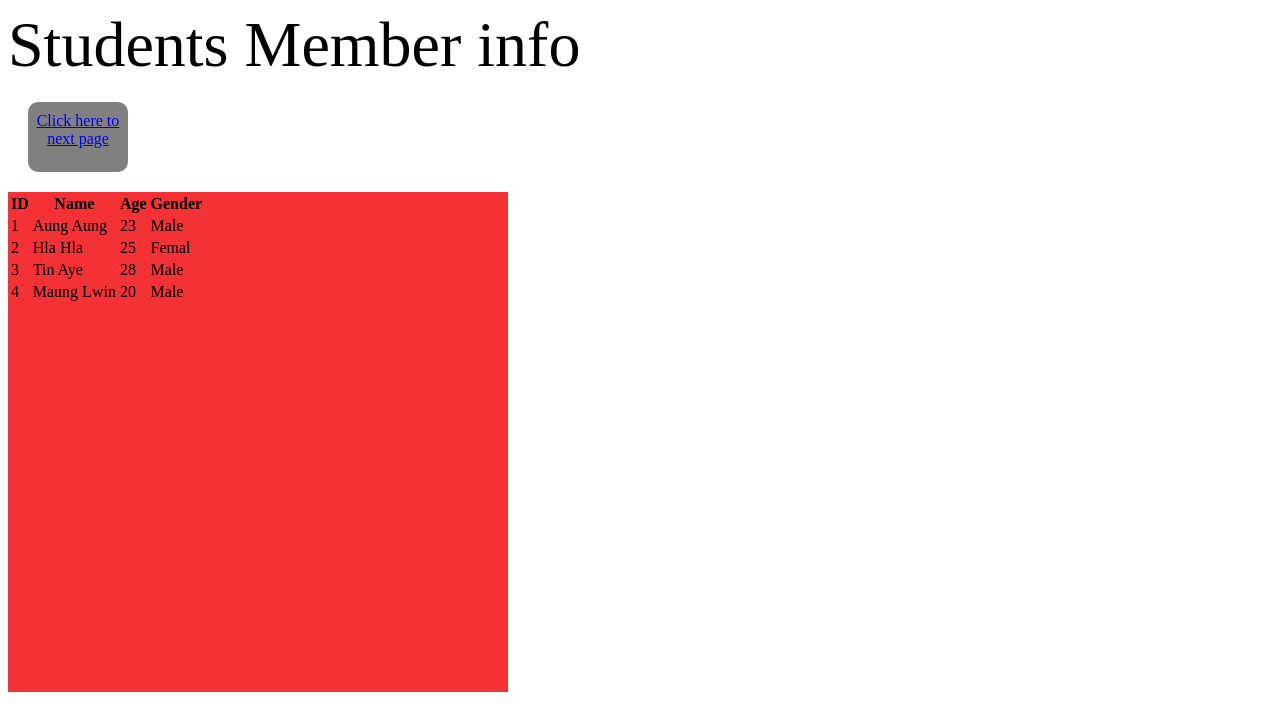
Repository: ThantLwinSoe/Servlet
Page: 01-Communication/src/main/webapp/index.html
These files come from the project's save history. The page is drawn as it stood at one moment and after the next save; the edit follows.
The browser window is 1280 px wide. The pictures show the whole page.

Above is the page before, as saved 2023-02-07 02:46:39.

### 01-Communication/src/main/webapp/index.html
<!DOCTYPE html>
<html>
<head>
<meta charset="UTF-8">
<style>
h {
	font-size: 4em;
}
.d_link {

	margin: 20px;
	padding-top: 10px;
	width: 100px;
	height: 60px;
	border-radius: 10px;
	background: gray;
	text-align: center;
}
.st_info {
	margin-top: 20px;
	width: 500px;
	height: 500px;
	background: #F43236;
}
</style>
<title>Servlet Communication</title>
</head>
<body>
	<h>Students Member info</h>
	<div class="d_link">
		<a href="hello">Click here to next page</a>
	</div>
	<div class="st_info">
		<table>
			<thead>
				<tr>
					<th>ID</th>
					<th>Name</th>
					<th>Age</th>
					<th>Gender</th>
				</tr>
			</thead>
			<tbody>
				<tr>
					<td>1</td>
					<td>Aung Aung</td>
					<td>23</td>
					<td>Male</td>
				</tr>
				<tr>
					<td>2</td>
					<td>Hla Hla</td>
					<td>25</td>
					<td>Femal</td>
				</tr>
				<tr>
					<td>3</td>
					<td>Tin Aye</td>
					<td>28</td>
					<td>Male</td>
				</tr>
				<tr>
					<td>4</td>
					<td>Maung Lwin</td>
					<td>20</td>
					<td>Male</td>
				</tr>
			</tbody>
		</table>
	</div>
</body>
</html>

After the next save:
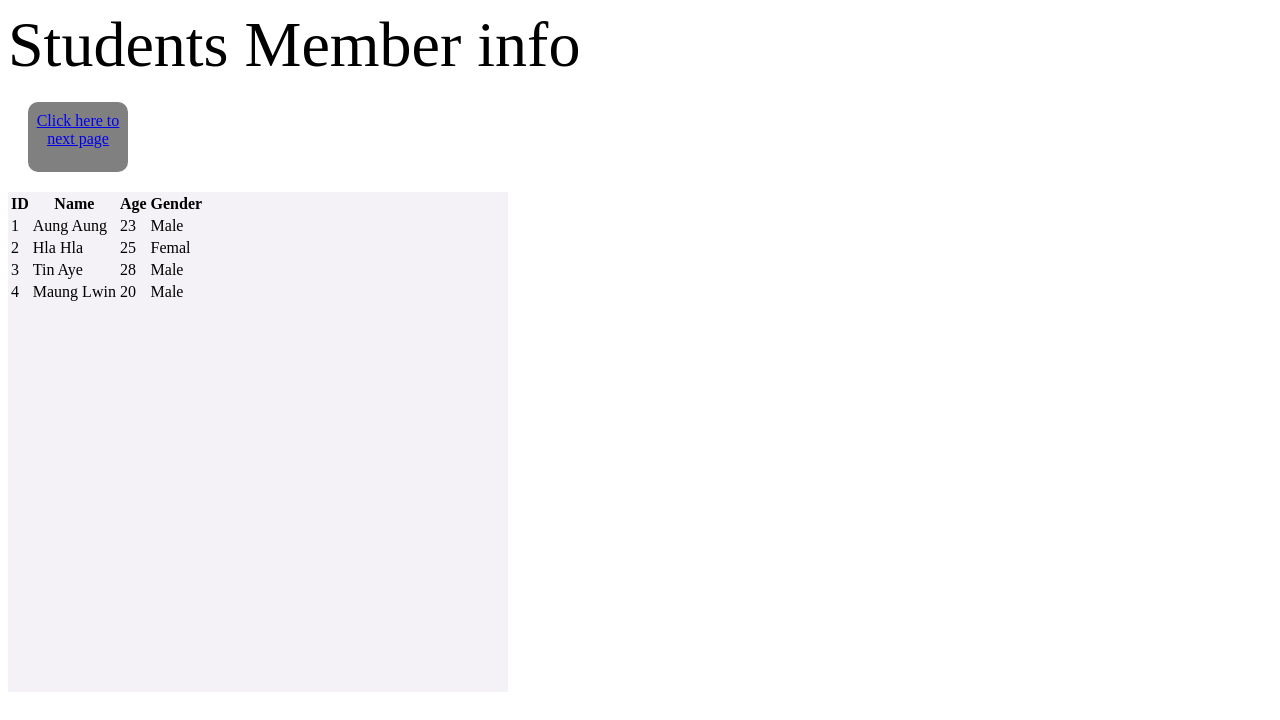
Saved 16 s later.
--- a/01-Communication/src/main/webapp/index.html
+++ b/01-Communication/src/main/webapp/index.html
@@ -20,7 +20,7 @@ h {
 	margin-top: 20px;
 	width: 500px;
 	height: 500px;
-	background: #F43236;
+	background: #F4F2F6;
 }
 </style>
 <title>Servlet Communication</title>
